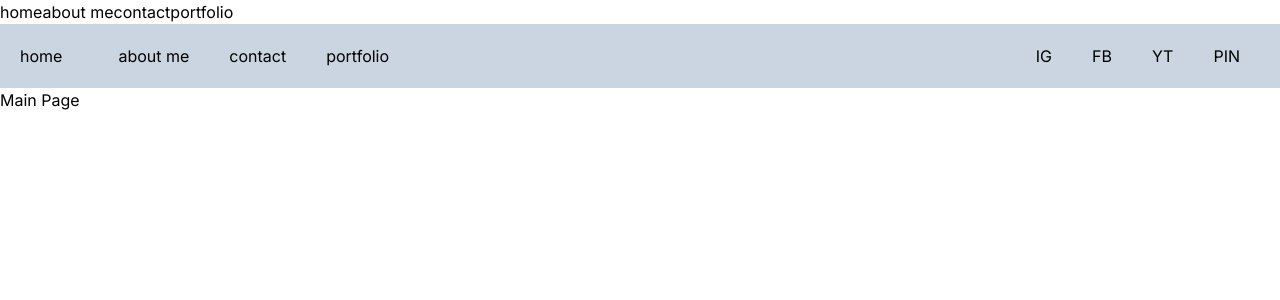
Repository: hubertrh/klaudia-personal-next
Page: /
An editor plug-in stored every save of this project. The page is shown before and after a run of saves, followed by the edit.
The browser window is 1280 px wide. The pictures show the whole page.
The project was rebuilt for these pictures with package versions that can differ from the ones it lists, and the page was loaded fresh each time. The framework's server and built-in components were replaced by stand-ins that run in the browser. Also part of the build but not shown: next.config.js.

Above is the page before, as saved 2023-08-11 11:17:12.

After the next 2 saves:
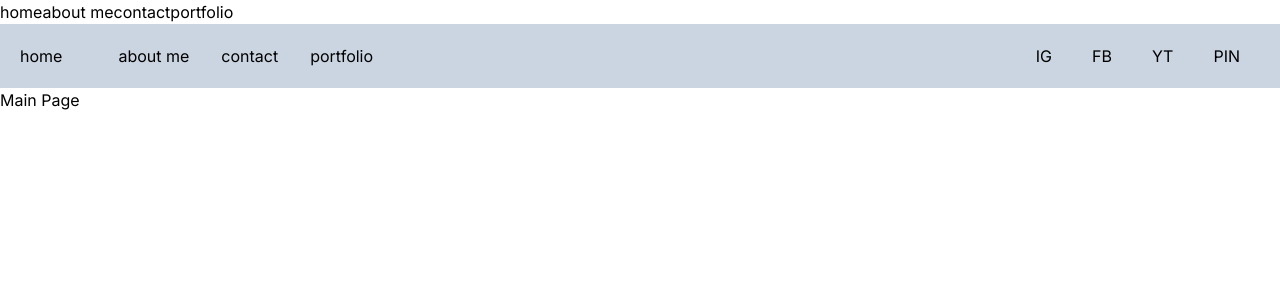
The 2 saves are shown as one change because they came seconds apart.
The last was saved 34 s later.
--- a/app/globals.css
+++ b/app/globals.css
@@ -13,7 +13,7 @@ body {
 }
 
 .nav-link {
-  @apply pr-10;
+  @apply pr-8;
 }
 
 .social-icon {
